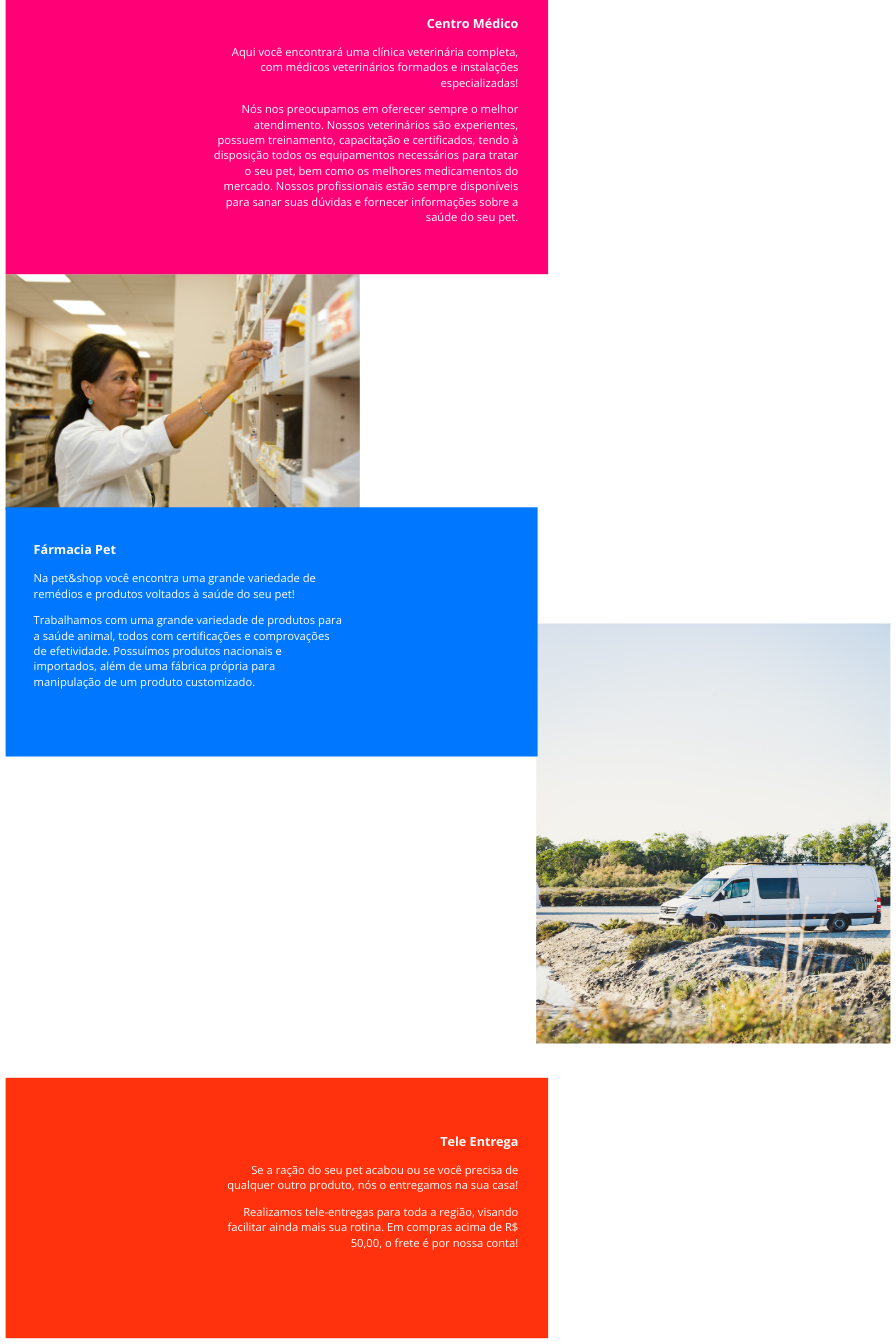
Repository: Iluiscarlos/Projeto-Site-PetShop
Page: Services.html
The author's editor kept a copy of each file at every save. The page is drawn from the files as they stood at one save, then again after the next save.
The browser window is 1280 px wide. The pictures show the part of the page from y = 1244 to 3164 px (the page is 3164 px tall before and 3124 px after), at 70% of full size.
Some web libraries are served in a nearby version.

Above is the page before, as saved 2022-04-26 21:33:54.

After the next save:
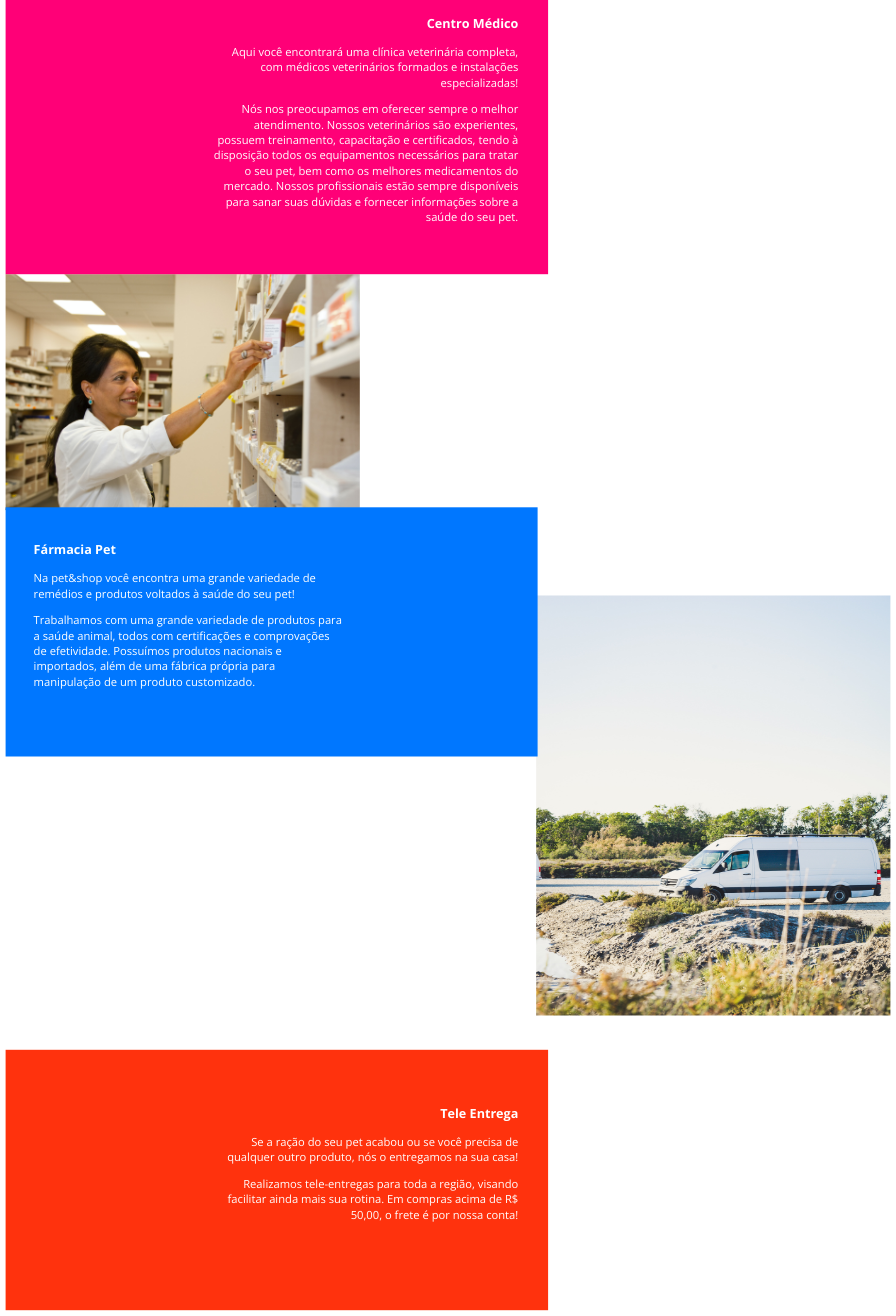
Saved 11 s later.
--- a/Services.html
+++ b/Services.html
@@ -185,7 +185,7 @@
         margin-right: 0px;
         margin-bottom: 35px;
         padding-bottom: 80px;
-        padding-top: 60px;
+        padding-top: 20px;
         float: right;
     }
 </style>
